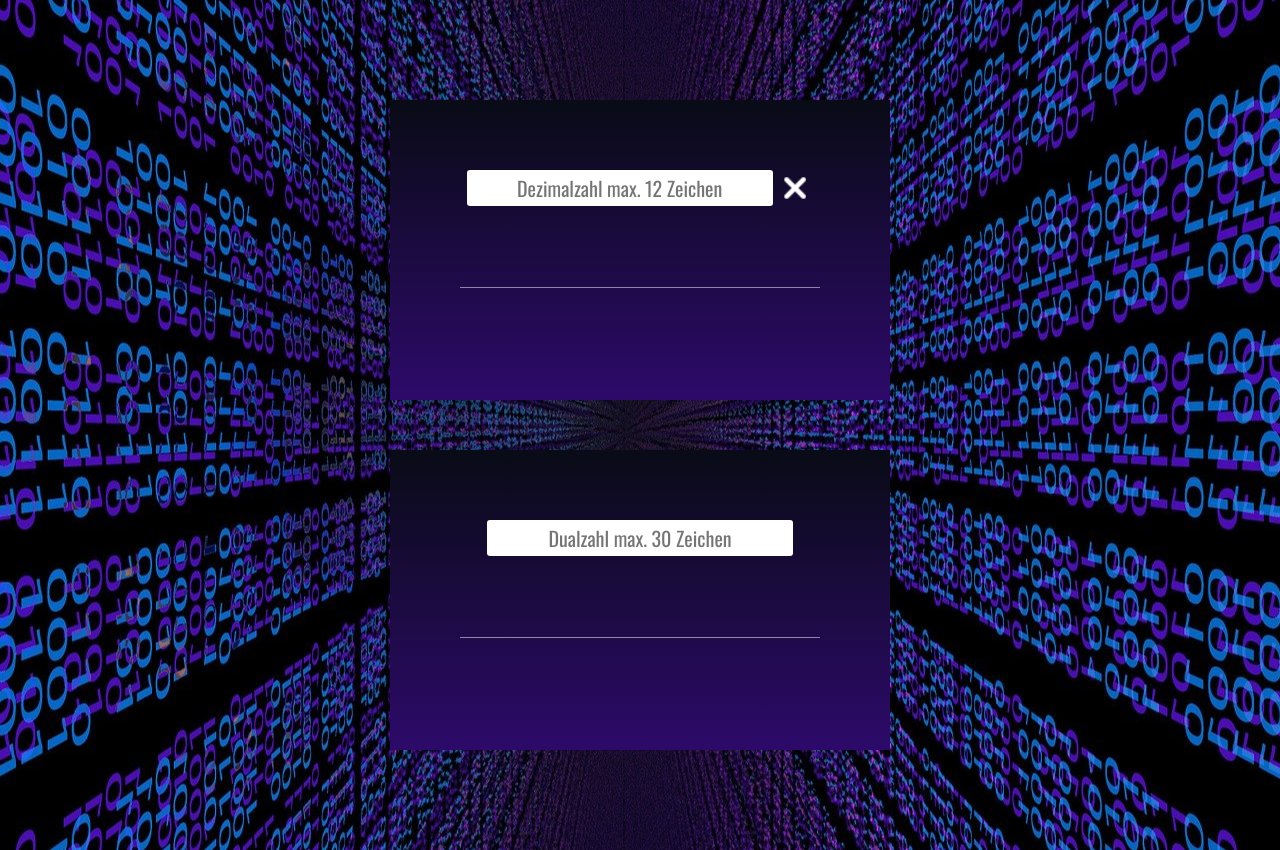
Repository: NadiaSchmitz/dual_dezimal.githab.io
Page: index.html
The author's editor kept a record of every edit. The page is drawn from the files as they stood at one moment, then again after the next edit.
The browser window is 1280 px wide. The pictures show the whole page.

Above is the page before.

### index.html
<!DOCTYPE html>
<html>

<head>
  <meta name="viewport" content="width=device-width, initial-scale=1">
  <meta charset="utf-8" />
  <title>Rechner</title>
  <link rel="stylesheet" href="./styles/style.css" type="text/css" />
  <link rel="stylesheet" href="./styles/background.css" type="text/css" />
  <link rel="stylesheet" href="./styles/popup.css" type="text/css" />
  <link rel="shortcut icon" href="images/favicon.png" type="image/x-icon">
  <link rel="preconnect" href="https://fonts.googleapis.com">
  <link rel="preconnect" href="https://fonts.gstatic.com" crossorigin>
  <link href="https://fonts.googleapis.com/css2?family=Oswald&display=swap" rel="stylesheet">
  <script src="https://ajax.googleapis.com/ajax/libs/jquery/3.5.1/jquery.min.js"></script>
</head>

<body>
  <section class="wrapper">
    <div class="inner_wrapper">
      <div>
        <input type="number" name="dezimal" id="dezimal" placeholder="Dezimalzahl max. 12 Zeichen"/>
        <span id="dezimal_remove" class="remove"></span>
        <p id="dual"></p>
      </div>
    </div>

    <div class="inner_wrapper">
      <div>
        <input type="number" name="dual_1" id="dual_1" placeholder="Dualzahl max. 30 Zeichen"/>
        <span id="dual_remove"></span>
        <p id="dezimal_1"></p>
      </div>
    </div>
  </section>
  <div class="popup">
    <div class="popup_content">
      <span class="popup_close" onClick="PopUpHide()"></span>
      <div class="popup_text"></div>
    </div>
  </div>
  <script type="text/javascript" src="./js/dualdezimal.js"></script>
  <script type="text/javascript" src="./js/dezimaldual.js"></script>
  <script type="text/javascript" src="./js/popup.js"></script>
</body>

</html>

### styles/style.css
body {
  font-family: "Oswald", sans-serif;
  font-size: 20px;
  background-color: #000000;
  background-position: 50%;
  text-align: center;
  margin: 0;
  padding: 0;
}

.wrapper {
  width: 500px;
  margin: 100px auto;
}

@media only screen and (max-width: 500px) {
  .wrapper {
    width: 100%;
    box-sizing: border-box;
    margin: 30px auto;
    padding: 20px;
  }
}

.inner_wrapper {
  height: 300px;
  background: rgb(63, 81, 181);
  background: -webkit-linear-gradient(bottom, rgb(45 10 106) 0%, rgba(9, 11, 22, 1) 100%);
  background: -moz-linear-gradient(bottom, rgb(45 10 106) 0%, rgba(9, 11, 22, 1) 100%);
  background: -o-linear-gradient(bottom, rgb(45 10 106) 0%, rgba(9, 11, 22, 1) 100%);
  background: linear-gradient(to top, rgb(45 10 106) 0%, rgba(9, 11, 22, 1) 100%);
  box-sizing: border-box;
  padding: 70px;
}

@media only screen and (max-width: 500px) {
  .inner_wrapper {
    height: 200px;
    padding: 40px 20px 40px 20px;
  }
}

.inner_wrapper:nth-of-type(1) {
  margin: 0 0 50px 0;
}

@media only screen and (max-width: 500px) {
  .inner_wrapper:nth-of-type(1) {
    margin: 0 0 20px 0;
  }
}

input {
  width: 300px;
  height: 30px;
  font-family: "Oswald", sans-serif;
  font-size: 20px;
  text-align: center;
  border: none;
  border-radius: 3px;
  outline: none;
  margin: 0 auto 30px;
  padding: 3px;
}

@media only screen and (max-width: 500px) {
  input {
    width: 190px;
    font-size: 14px;
  }
}

input::-webkit-outer-spin-button,
input::-webkit-inner-spin-button {
  -webkit-appearance: none;
  -moz-appearance: textfield;
  background: #0a377e;
  margin: 0;
}

#dual,
#dezimal_1 {
  height: 31px;
  font-size: 20px;
  text-align: center;
  color: #ffffff;
  border-bottom: 1px solid rgba(255, 255, 255, 0.5);
}

@media only screen and (max-width: 500px) {
  #dual,
  #dezimal_1 {
    font-size: 14px;
  }
}

.remove {
  display: inline-block;
  vertical-align: top;
  width: 36px;
  height: 36px;
  background-size: contain;
  background-position: 50%;
  background-image: url('data:[embedded picture, 398 characters]');
  margin: 0 0 10px auto;
}

@media only screen and (max-width: 500px) {
  .remove {
    width: 30px;
    height: 30px;
  }
}

### styles/popup.css
.popup {
  width: 100%;
  height: 2000px;
  background-color: rgba(0, 0, 0, 0.5);
  overflow: hidden;
  position: fixed;
  top: 0px;
}

.popup_content {
  font-family: 'Roboto', sans-serif;
  width: 300px;
  min-height: 150px;
  border-radius: 5px;
  font-size: 16px;
  line-height: 24px;
  color: #cddc39;
  text-align: center;
  background-color: #6c6b6b;
  box-shadow: 3px 3px 10px #000000;
  -webkit-transition: all .1s ease-in;
  -moz-transition: all .1s ease-in;
  -ms-transition: all .1s ease-in;
  -o-transition: all .1s ease-in;
  transition: all .1s ease-in;
  margin: 150px auto 0px auto;
  padding: 20px;
}

.popup_close {
  display: block;
  width: 30px;
  height: 30px;
  background-size: contain;
  background-position: 50%;
  background-image: url('data:[embedded picture, 398 characters]');
  margin: 0 0 10px auto;
}

### js/dualdezimal.js
$(document).on('input', '#dual_1', function() {
  let zahl1 = $("#dual_1").val().split("");

  for (var j = 0; j < zahl1.length; j++) {
    if (zahl1[j] > 1) {
      $("#dual_1").val('');
      $('#dezimal_1').empty();
      PopUpShow();
      $('.popup_text').html('Ungültiges Zeichen');

    }
  }

  if (zahl1.length >= 30) {
    PopUpShow();
    $('.popup_text').html('Maximal 30 Zeichen');
  }

  let dezimal1 = 0;
  for (var i = 0; i < zahl1.length; i++) {
    dezimal1 = dezimal1 + zahl1[i] * Math.pow(2, zahl1.length - i - 1);
  }
  $("#dezimal_1").text(dezimal1);
})

$("#dual_remove").click(function() {
  $('#dual_1').val('');
  $('#dezimal_1').empty();
})

### js/dezimaldual.js
$(document).on('input', '#dezimal', function() {
  let zahl = $("#dezimal").val();
  if (zahl.length >= 12) {
    PopUpShow();
    $('.popup_text').html('Maximal 12 Zeichen');
  }
  let dual = [];
  let rezT = zahl;
  for (var i = zahl; i > 0; i = Math.floor(i / 2)) {
    rezT = Math.floor(rezT) / 2;
    if (rezT == Math.floor(rezT)) {
      dual.push(0);
    }
    else {
      dual.push(1);
    }
  }
  dual = dual.reverse();
  console.log(dual)
  if (dual[0] == 0) {
    dual.shift();
  }
  $("#dual").text(dual.join(""));
})

$("#dezimal_remove").click(function() {
  $('#dezimal').val('');
  $('#dual').empty();
})

### js/popup.js
$(document).ready(function() {
  PopUpHide();
});

function PopUpShow() {
  $('.popup').show();
}

function PopUpHide() {
  $('.popup').hide();
  $('#dezimal').val('');
  $('#dual').empty();
  $('#dual_1').val('');
  $('#dezimal_1').empty();
}

Loaded but not shown: styles/background.css (library)

After the next edit:
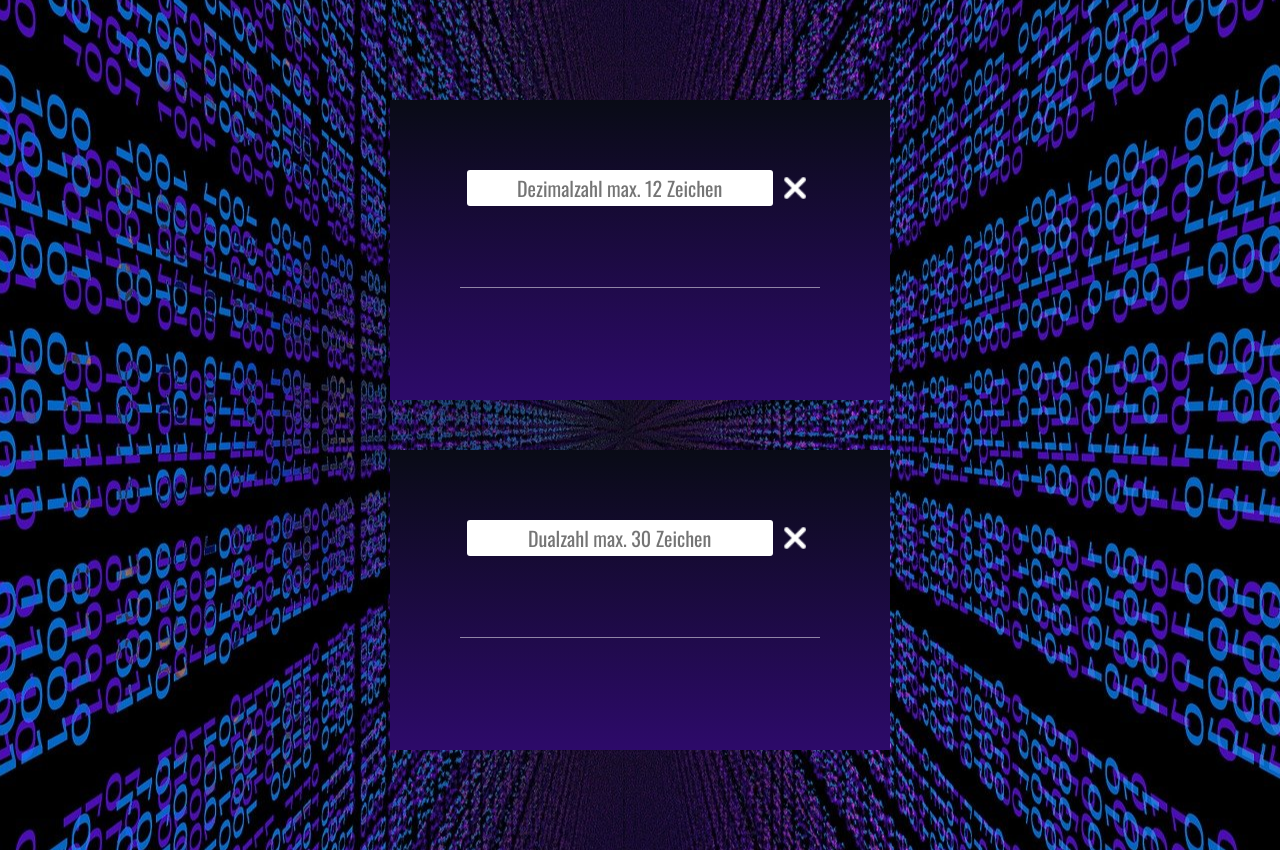
The edit:
--- a/index.html
+++ b/index.html
@@ -28,7 +28,7 @@
     <div class="inner_wrapper">
       <div>
         <input type="number" name="dual_1" id="dual_1" placeholder="Dualzahl max. 30 Zeichen"/>
-        <span id="dual_remove"></span>
+        <span id="dual_remove" class="remove"></span>
         <p id="dezimal_1"></p>
       </div>
     </div>
